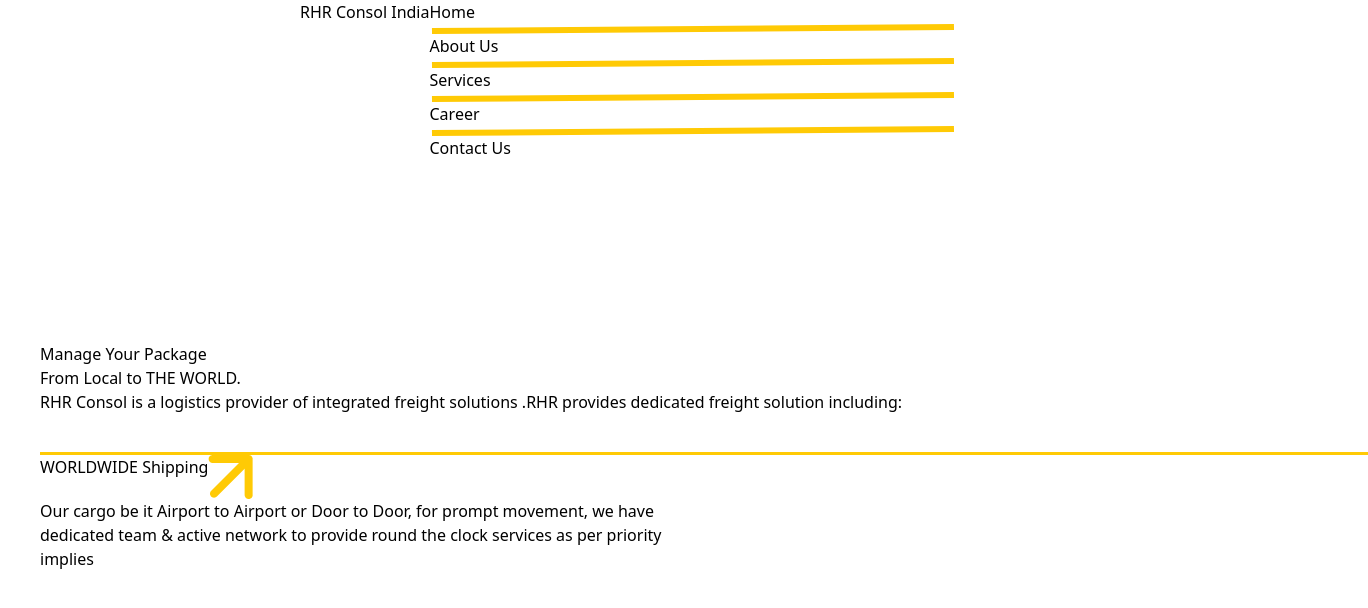
Repository: husainmamuwala/RHRConsol
Page: /services
An editor plug-in stored every save of this project. The page is shown before and after a run of saves, followed by the edit.
The browser window is 1280 px wide. The page is 1368 px wide, so the pictures cover 1368 px, including what lies to the right of the window. The pictures show the whole page.
The project was rebuilt for these pictures with package versions that can differ from the ones it lists, and the page was loaded fresh each time. The framework's server and built-in components were replaced by stand-ins that run in the browser. Also part of the build but not shown: next.config.js.

Above is the page before, as saved 2023-02-04 10:00:29.

After the next 2 saves:
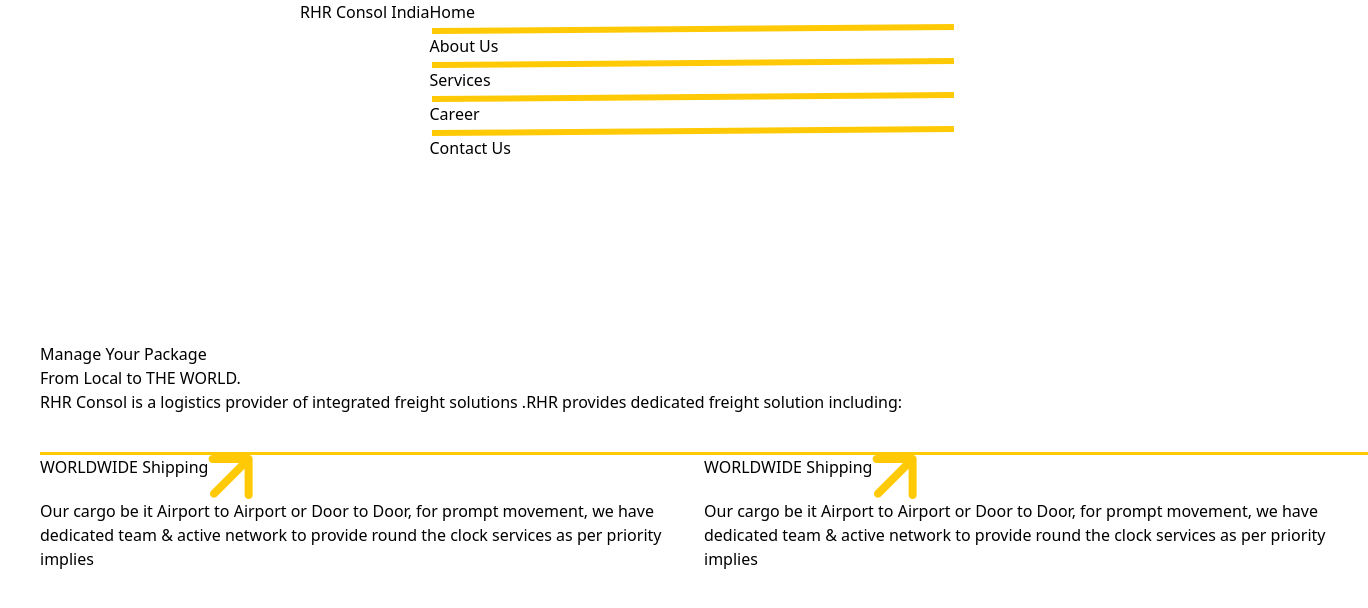
The 2 saves are shown as one change because they came seconds apart.
The last was saved 106 s later.
--- a/Components/Services.jsx
+++ b/Components/Services.jsx
@@ -11,6 +11,10 @@
 
     },
     {
+      main:"WORLDWIDE",
+      sub:"Shipping",
+      icon:"img/a2.png",
+      desc:"Our cargo be it Airport to Airport or Door to Door, for prompt movement, we have dedicated team & active network to provide round the clock services as per priority implies",
 
     }
   ];
